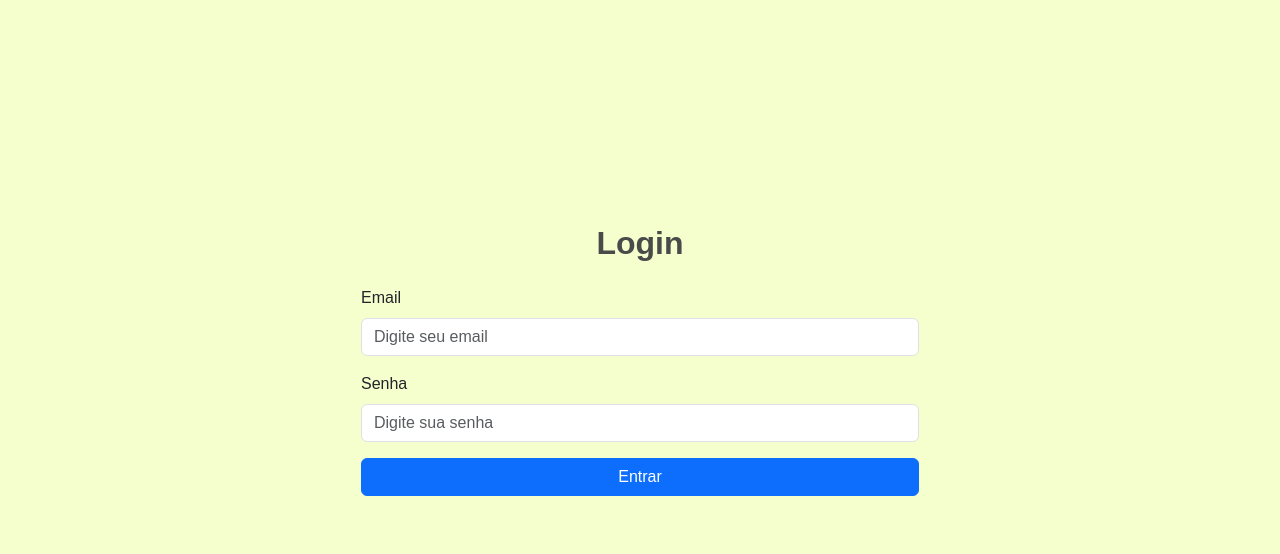
Repository: feliperanon/appliz
Page: /
The author's editor kept a copy of each file at every save. The page is drawn from the files as they stood at one save, then again after the next save.
The browser window is 1280 px wide. The pictures show the whole page.
The project was rebuilt for these pictures with package versions that can differ from the ones it lists, and the page was loaded fresh each time. Also part of the build but not shown: src/components/Navbar.js, src/components/Cadastro.js, src/components/MedicaoTempo.js, src/components/AnaliseDesempenho.js, src/components/OcorrenciasDiarias.js, src/components/ControleQualidade.js, src/components/CapacitacaoTreinamento.js, src/components/ManutencaoPreventiva.js and 6 more.

Above is the page before, as saved 2024-10-12 22:00:35.

After the next save:
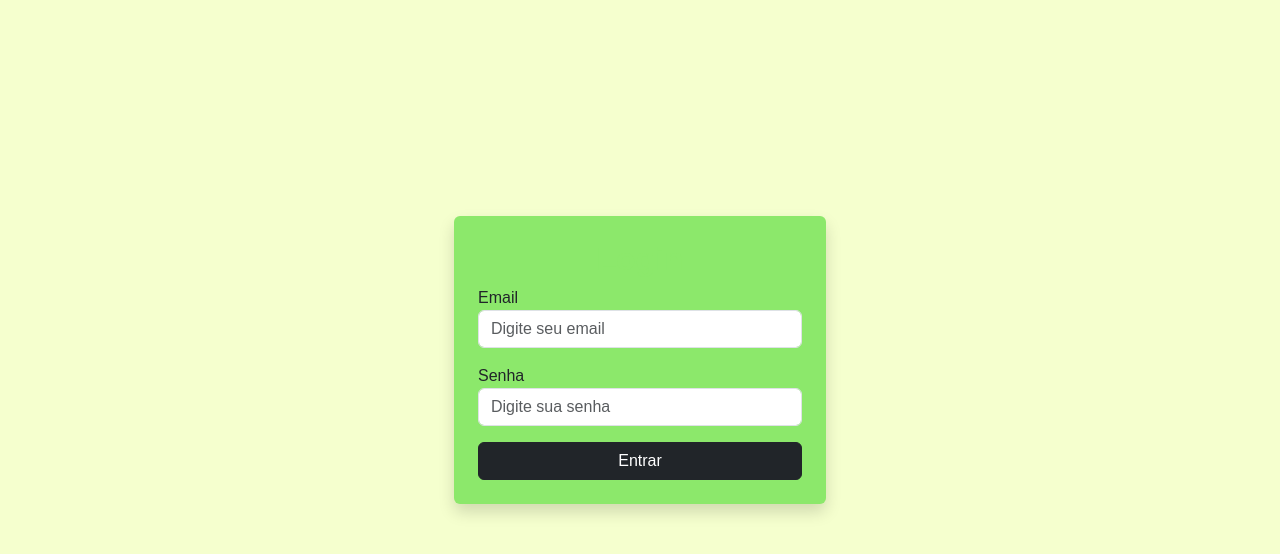
Saved 71 s later.
--- a/src/components/Login.js
+++ b/src/components/Login.js
@@ -1,52 +1,48 @@
 import React, { useState } from 'react';
-import { Container, Form, Button } from 'react-bootstrap';
 
 const Login = ({ onLogin }) => {
   const [email, setEmail] = useState('');
   const [password, setPassword] = useState('');
 
-  const handleSubmit = (e) => {
-    e.preventDefault();
-
-    // Simular autenticação (em um cenário real, você faria uma chamada para a API aqui)
-    if (email === 'admin@admin.com' && password === 'admin') {
-      onLogin(); // Função passada por props para mudar o estado para autenticado
+  const handleSubmit = (event) => {
+    event.preventDefault();
+    if (email === 'admin@appliz.com' && password === '123456') {
+      alert('Login realizado com sucesso!');
+      onLogin(); // Chama a função para autenticar o usuário
     } else {
-      alert('Credenciais inválidas');
+      alert('Email ou senha incorretos!');
     }
   };
 
   return (
-    <Container className="vh-100 d-flex justify-content-center align-items-center">
-      <Form onSubmit={handleSubmit} className="w-50">
-        <h2 className="mb-4 text-center">Login</h2>
-        <Form.Group className="mb-3" controlId="formEmail">
-          <Form.Label>Email</Form.Label>
-          <Form.Control
-            type="email"
-            placeholder="Digite seu email"
-            value={email}
-            onChange={(e) => setEmail(e.target.value)}
-            required
-          />
-        </Form.Group>
-
-        <Form.Group className="mb-3" controlId="formPassword">
-          <Form.Label>Senha</Form.Label>
-          <Form.Control
-            type="password"
-            placeholder="Digite sua senha"
-            value={password}
-            onChange={(e) => setPassword(e.target.value)}
-            required
-          />
-        </Form.Group>
-
-        <Button variant="primary" type="submit" className="w-100">
-          Entrar
-        </Button>
-      </Form>
-    </Container>
+    <div className="container d-flex justify-content-center align-items-center vh-100">
+      <div className="col-md-4 color1 p-4 rounded shadow">
+        <h2 className="text-center text-primary">Login</h2>
+        <form onSubmit={handleSubmit}>
+          <div className="form-group mb-3">
+            <label>Email</label>
+            <input
+              type="email"
+              className="form-control"
+              value={email}
+              onChange={(e) => setEmail(e.target.value)}
+              placeholder="Digite seu email"
+            />
+          </div>
+          <div className="form-group mb-3">
+            <label>Senha</label>
+            <input
+              type="password"
+              className="form-control"
+              value={password}
+              onChange={(e) => setPassword(e.target.value)}
+              placeholder="Digite sua senha"
+            />
+          </div>
+          <button type="submit" className="btn btn-dark w-100">Entrar</button>
+        </form>
+      </div>
+    </div>
   );
 };
 
